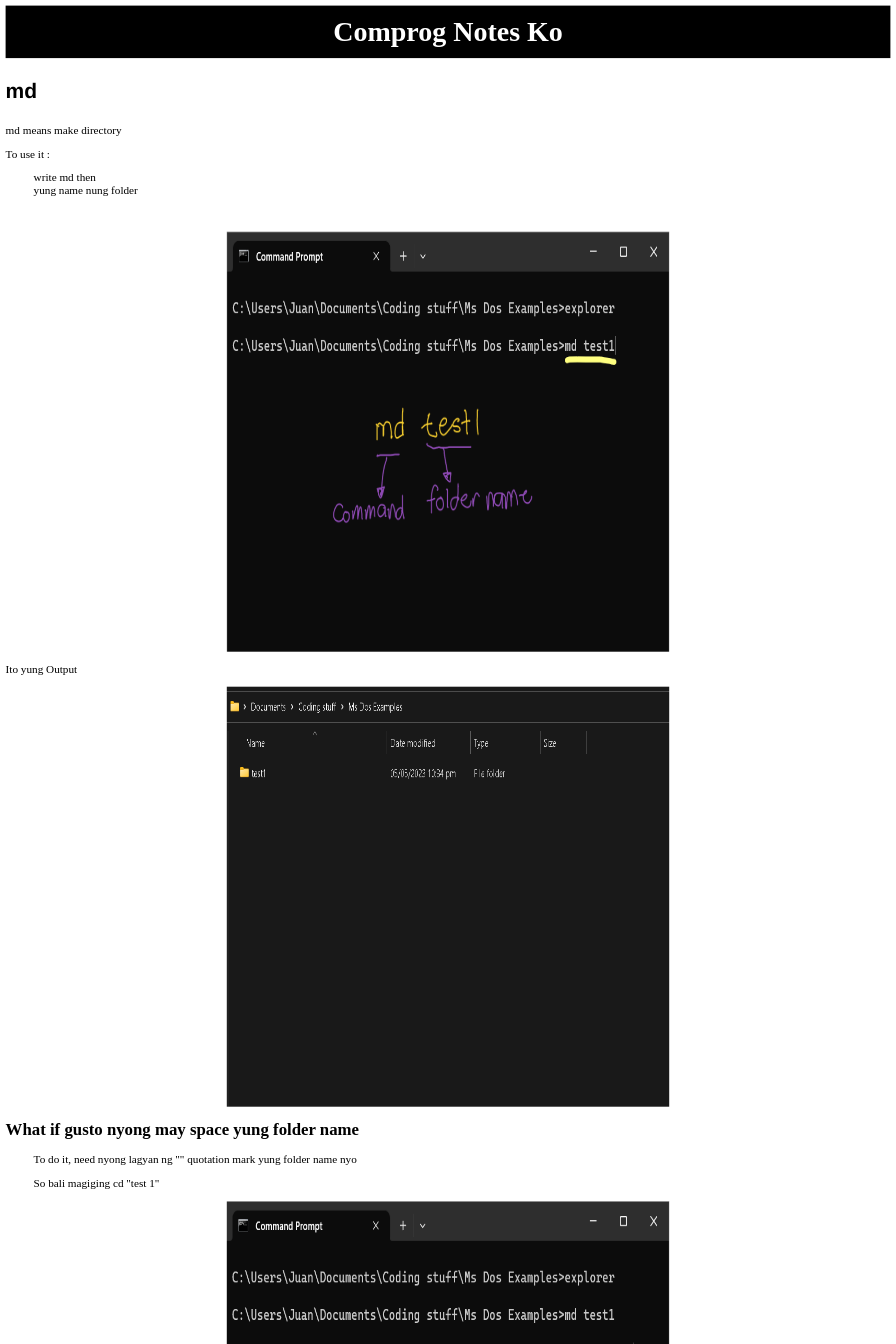
Repository: zwainer/Comprog
Page: index.html
These files come from the project's save history. The page is drawn as it stood at one moment and after a run of saves; the edit follows.
The browser window is 1280 px wide. The pictures show the part of the page from y = 0 to 1920 px (the page is 7100 px tall), at 70% of full size.

Above is the page before, as saved 2023-05-06 00:51:01.

After the next 2 saves:
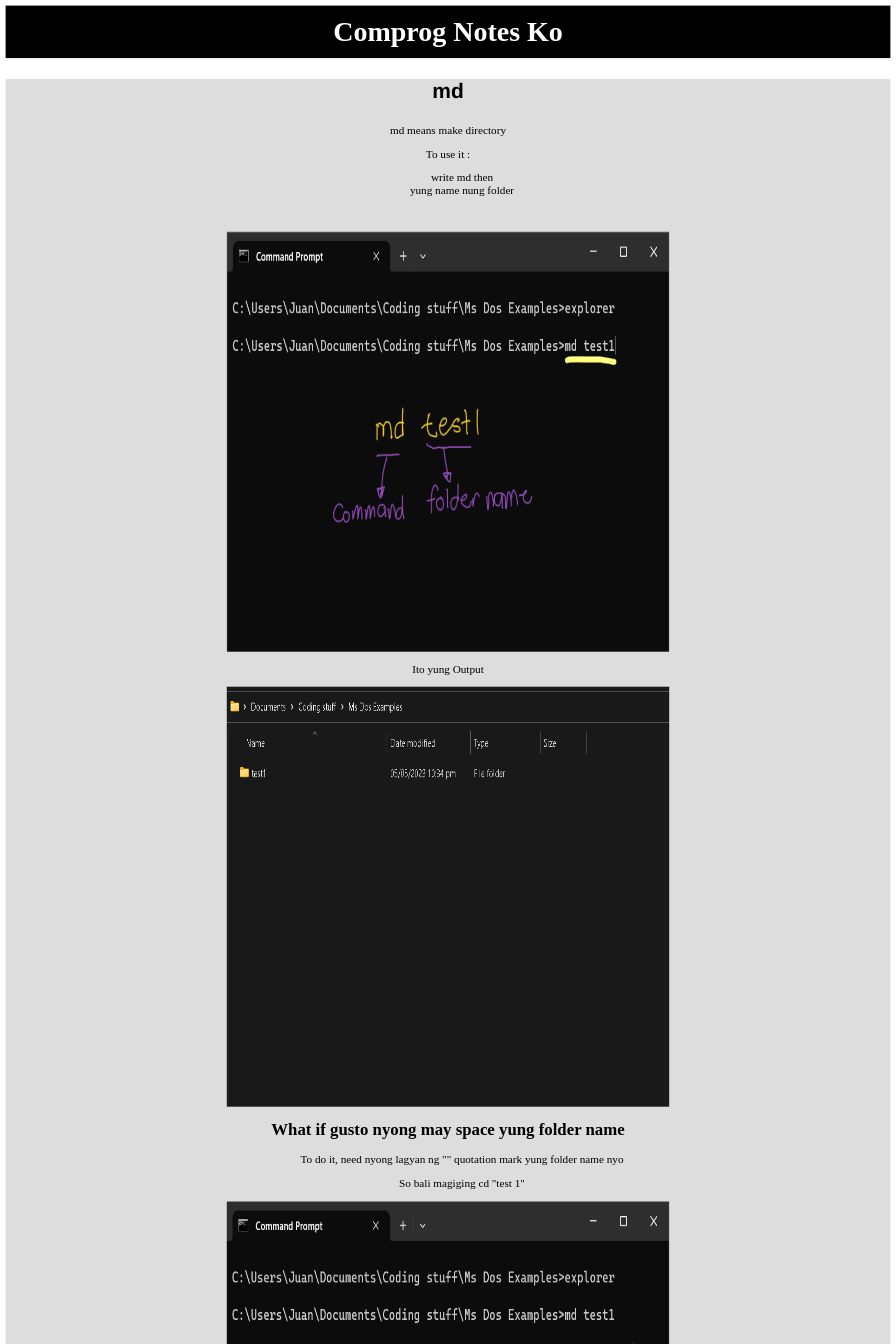
The 2 saves are shown as one change because they came seconds apart.
The last was saved 7 s later.
--- a/index.css
+++ b/index.css
@@ -8,7 +8,9 @@
 
 }
 
-body.mainHead
+body{
+    text-align: center ;
+}
 .makeDir{
 
     background-color: rgb(221, 221, 221) ;
